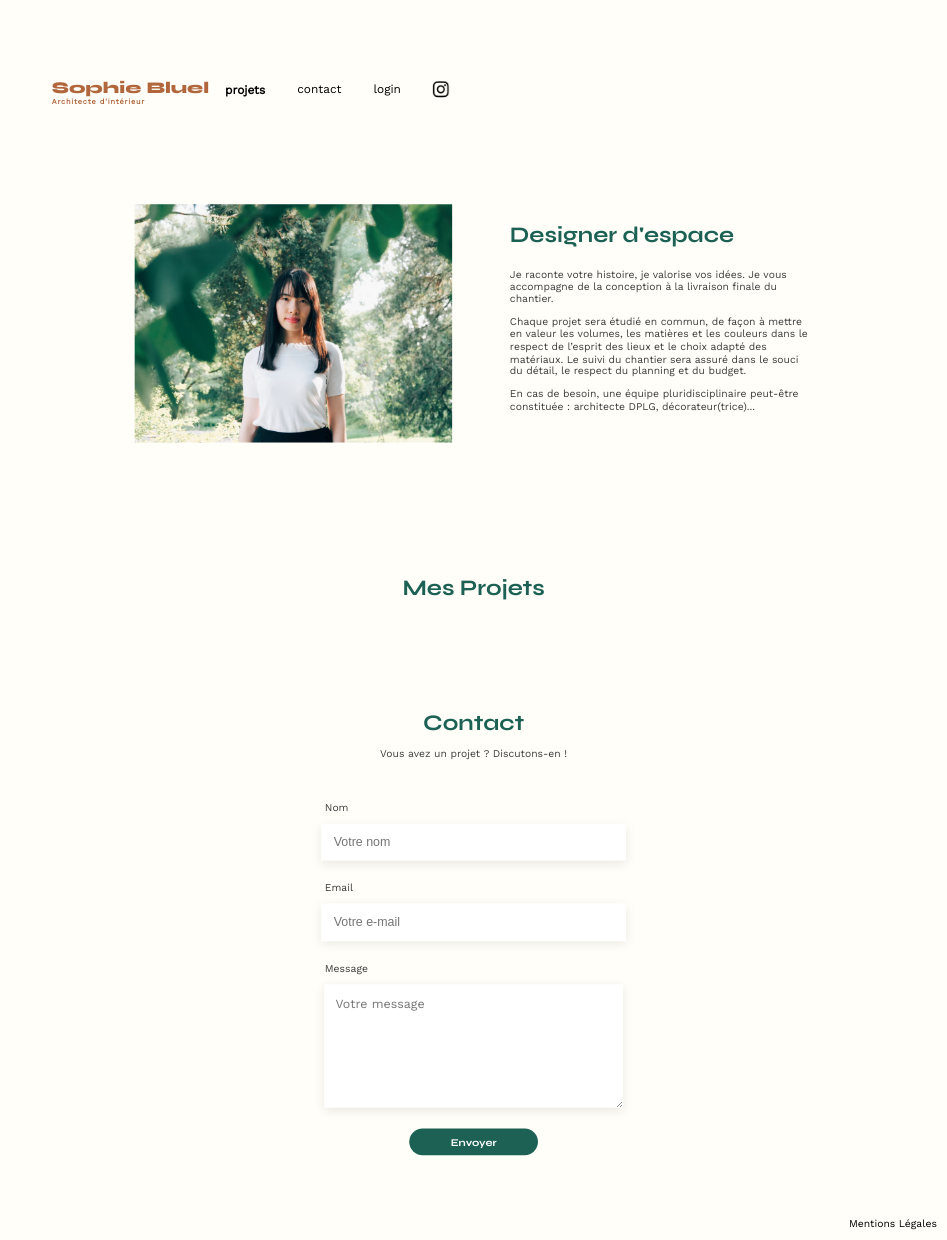
Repository: BlueSoley23/openclassrooms
Page: FrontEnd/index.html
An editor plug-in stored every save of this project. The page is shown before and after the next save, followed by the edit.
The browser window is 1280 px wide. The pictures show the whole page, at 74% of full size.
The page's requests for data from a server got no answer.

Above is the page before, as saved 2023-12-21 07:32:01.
Console error: TypeError: categories is not iterable

After the next save:
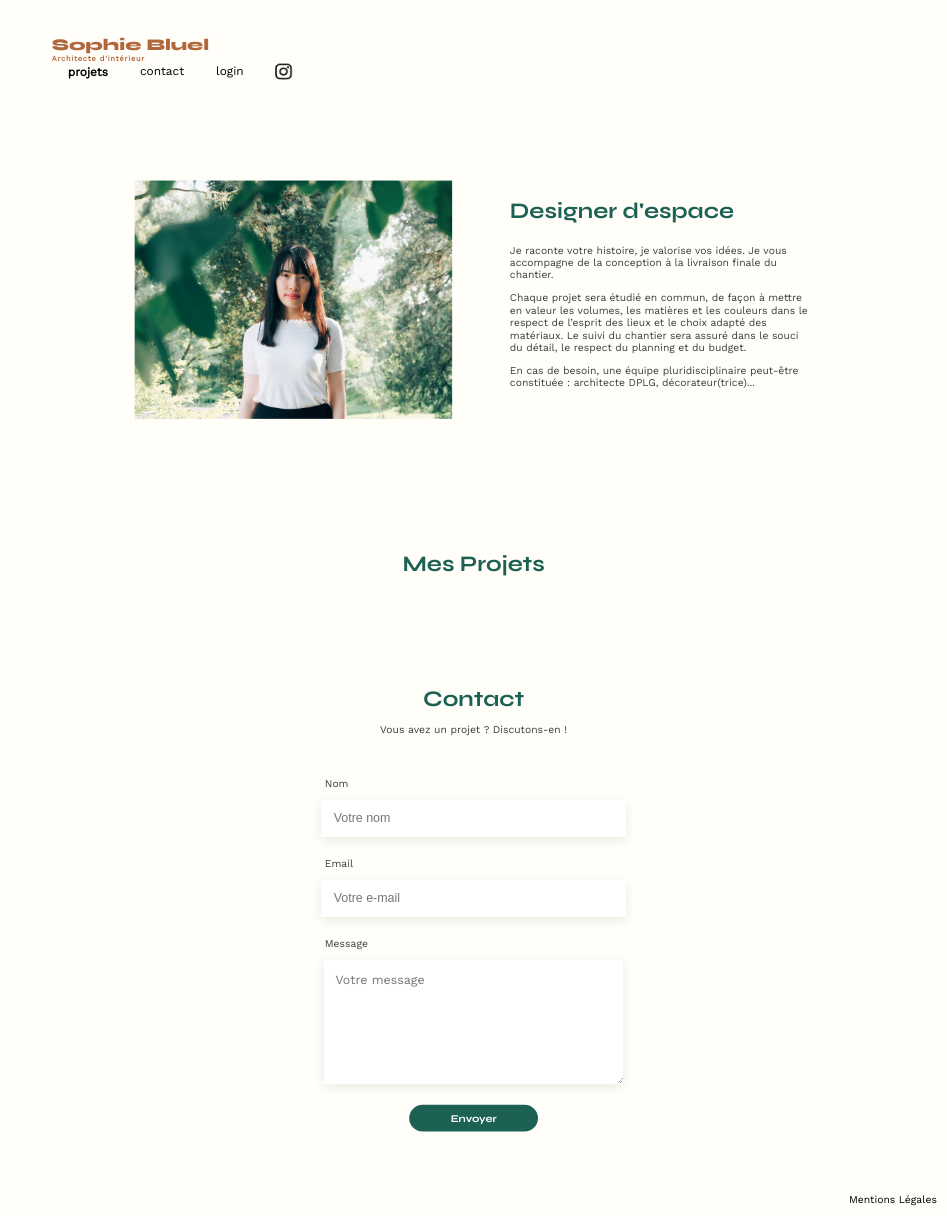
Saved 2 s later.
--- a/FrontEnd/assets/css/style.css
+++ b/FrontEnd/assets/css/style.css
@@ -559,7 +559,7 @@
 		flex-direction: column;
 	}
 
-	.header-block {
+	.header-block-login {
 		margin-top: 59px;
 		display: flex;
 		justify-content: space-between;
